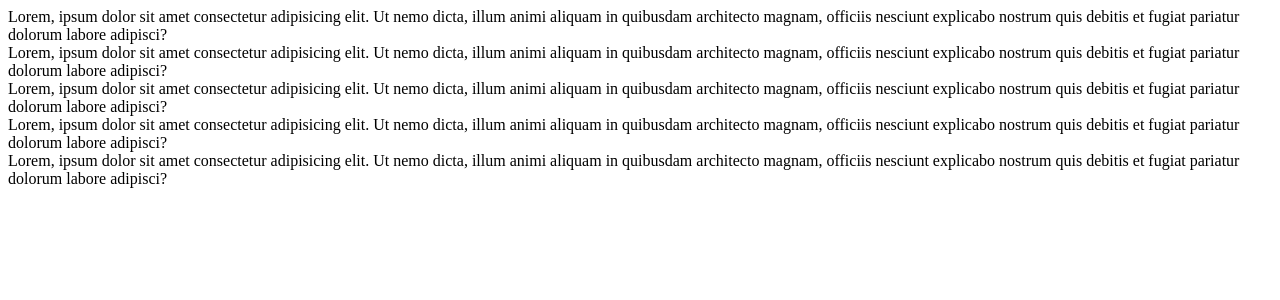
Repository: remynguyen96/webpack-simple
Page: src/index.html
The author's editor kept a copy of each file at every save. The page is drawn from the files as they stood at one save, then again after the next save.
The browser window is 1280 px wide. The pictures show the whole page.

Above is the page before, as saved 2018-08-08 17:32:43.

### src/index.html
<!doctype html>
<html lang="en">

<head>
  <meta charset="utf-8">
  <meta name="viewport" content="width=device-width, user-scalable=no, initial-scale=1.0, maximum-scale=1.0, minimum-scale=1.0">
  <meta http-equiv="X-UA-Compatible" content="ie=edge">
  <meta name="theme-color" content="#000000">
  <meta property="og:url" content="" />
  <meta property="og:type" content="website" />
  <meta property="og:title" content="Dòng thông tin Vinhomes Central Park - Tuyệt Vời Cuộc Sống Đô Thị." />
  <meta property="og:description" content="Introducing a Better Way to Create, Store and Exchange value." />
  <meta property="og:image" content="/src/images/favicon.ico" />
  <link rel="shortcut icon" href="/src/images/favicon.ico">
  <link href="https://fonts.googleapis.com/css?family=Roboto:400,500,700&amp;subset=vietnamese" rel="stylesheet">
  <link href="https://fonts.googleapis.com/icon?family=Material+Icons" rel="stylesheet">
  <title>Vinhomes Central Park</title>
</head>

<body>
  <div>Lorem, ipsum dolor sit amet consectetur adipisicing elit. Ut nemo dicta, illum animi aliquam in quibusdam architecto magnam, officiis nesciunt explicabo nostrum quis debitis et fugiat pariatur dolorum labore adipisci?</div>
  <div>Lorem, ipsum dolor sit amet consectetur adipisicing elit. Ut nemo dicta, illum animi aliquam in quibusdam architecto magnam, officiis nesciunt explicabo nostrum quis debitis et fugiat pariatur dolorum labore adipisci?</div>
  <div>Lorem, ipsum dolor sit amet consectetur adipisicing elit. Ut nemo dicta, illum animi aliquam in quibusdam architecto magnam, officiis nesciunt explicabo nostrum quis debitis et fugiat pariatur dolorum labore adipisci?</div>
  <div>Lorem, ipsum dolor sit amet consectetur adipisicing elit. Ut nemo dicta, illum animi aliquam in quibusdam architecto magnam, officiis nesciunt explicabo nostrum quis debitis et fugiat pariatur dolorum labore adipisci?</div>
  <div>Lorem, ipsum dolor sit amet consectetur adipisicing elit. Ut nemo dicta, illum animi aliquam in quibusdam architecto magnam, officiis nesciunt explicabo nostrum quis debitis et fugiat pariatur dolorum labore adipisci?</div>
</body>
</html>

After the next save:
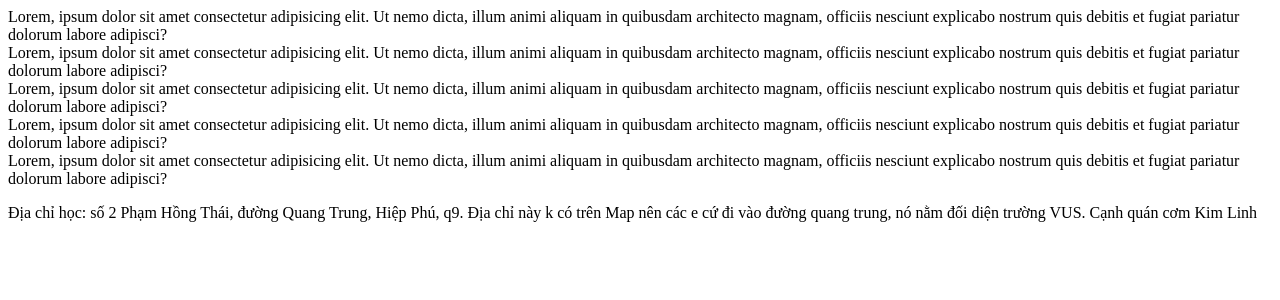
Saved 30 min 3 s later.
--- a/src/index.html
+++ b/src/index.html
@@ -23,5 +23,7 @@
   <div>Lorem, ipsum dolor sit amet consectetur adipisicing elit. Ut nemo dicta, illum animi aliquam in quibusdam architecto magnam, officiis nesciunt explicabo nostrum quis debitis et fugiat pariatur dolorum labore adipisci?</div>
   <div>Lorem, ipsum dolor sit amet consectetur adipisicing elit. Ut nemo dicta, illum animi aliquam in quibusdam architecto magnam, officiis nesciunt explicabo nostrum quis debitis et fugiat pariatur dolorum labore adipisci?</div>
   <div>Lorem, ipsum dolor sit amet consectetur adipisicing elit. Ut nemo dicta, illum animi aliquam in quibusdam architecto magnam, officiis nesciunt explicabo nostrum quis debitis et fugiat pariatur dolorum labore adipisci?</div>
+
+  <p>Địa chỉ học: số 2 Phạm Hồng Thái, đường Quang Trung, Hiệp Phú, q9. Địa chỉ này k có trên Map nên các e cứ đi vào đường quang trung, nó nằm đối diện trường VUS. Cạnh quán cơm Kim Linh</p>
 </body>
 </html>
